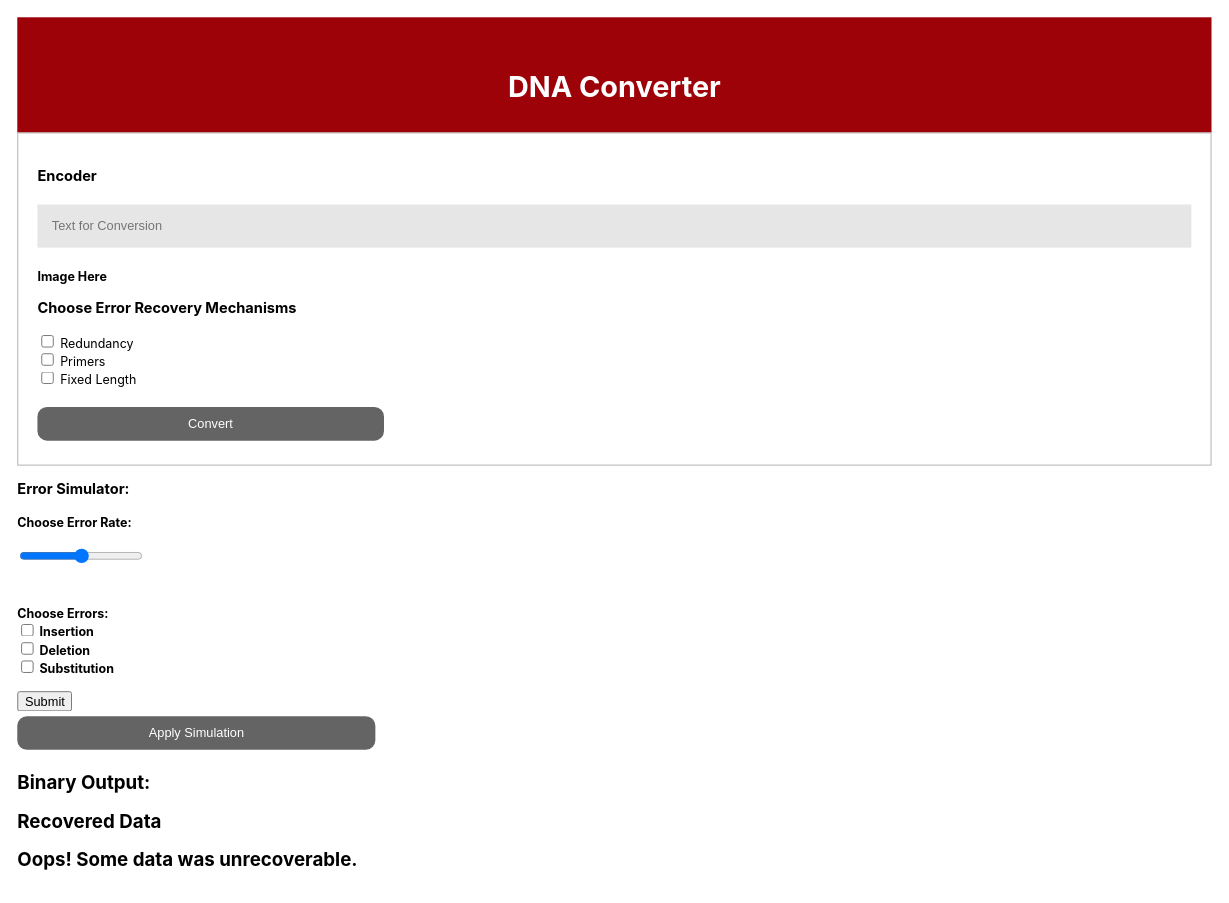
Repository: komalharjani/MSc-Thesis-DNA-Storage
Page: index.html
These files come from the project's save history. The page is drawn as it stood at one moment and after the next save; the edit follows.
The browser window is 1280 px wide. The pictures show the whole page, at 96% of full size.

Above is the page before, as saved 2020-08-16 22:09:02.

### index.html
<!DOCTYPE html>
<html lang="en">

<head>
    <link href="index.css" rel="stylesheet">
    <meta charset="UTF-8">
    <meta name="viewport" content="width=device-width, initial-scale=1.0">
    <title>Document</title>
</head>

<body>
    <div id="LoginPage">
        <div class="header"><br>
            <h2> DNA Converter </h2>
        </div>

        <div class="loginContainer">
            <h3>Encoder</h3>
            <input type="text" placeholder="Text for Conversion" id="textToConvert" required class="input">
            <label for="text"><b>Image Here</b></label>
            <h3>Choose Error Recovery Mechanisms</h3>
            <form>
                <input type="checkbox" id="vehicle1" name="vehicle1" value="Bike">
                <label for="vehicle1"> Redundancy </label><br>
                <input type="checkbox" id="vehicle2" name="vehicle2" value="Car">
                <label for="vehicle2"> Primers </label><br>
                <input type="checkbox" id="vehicle3" name="vehicle3" value="Boat">
                <label for="vehicle3"> Fixed Length</label><br><br>
            </form>
            <button onclick="onSubmit()" id="submit">Convert</button>
        </div>
            <h3>Error Simulator:</h3>
            <h4>Choose Error Rate:</h4>
            <input type="range" name="rangeInput" min="0" max="10" onchange="updateTextInput(this.value);">
            <input type="number" id="textInput" value="" class="range" max="10"><br>
            <h4>Choose Errors:</h4<br>
            <form>
                <input type="checkbox" id="vehicle1" name="vehicle1" value="Bike">
                <label for="vehicle1"> Insertion </label><br>
                <input type="checkbox" id="vehicle2" name="vehicle2" value="Car">
                <label for="vehicle2"> Deletion </label><br>
                <input type="checkbox" id="vehicle3" name="vehicle3" value="Boat">
                <label for="vehicle3"> Substitution </label><br><br>
                <input type="submit" value="Submit">
            </form>
            <button onclick="" id="error">Apply Simulation</button><br>
            <!--Take Error Rate from On Submit-->
            <h2>Binary Output:</h2>
            <h2>Recovered Data</h2>
            <h2>Oops! Some data was unrecoverable. </h2>
        </div>
    </div>

</body>
<script src="index.js"></script>

</html>

### index.css
body {
    background-color:white;
    resize: both;
    overflow: auto;
}

.labelText {
  width: 100%;
  padding: 15px;
  margin: 5px 0 22px 0;
  display: inline-block;
  border: none;
  background: #cacaca;
}

.search {
  width: 30%;
  padding: 15px;
  margin: 5px 0 22px 0;
  display: inline-block;
  border: none;
  background: #e6e6e6;
}

.runBtn {
  background-color: #000000;
  border: 1px solid #ffffff;
  color: rgb(255, 255, 255);
  padding: 14px 20px;
  margin-top: 5px;
  margin-bottom: 5px;
  margin-right: 2px;
  margin-left: 0;
  border: none;
  cursor: pointer;
  width: 100%;
  opacity: 0.9;
  font-size: 15px;
}

#map{
  height: 400px;
  width: 100%;
}

#profile {
  border-radius: 50%;
}

.profile {
    padding: 10px;
    text-align: center;
    height: auto;
}

/* Full-width input fields */
.input {
  width: 100%;
  padding: 15px;
  margin: 5px 0 22px 0;
  display: inline-block;
  border: none;
  background: #e6e6e6;
}

.range {
  margin: 5px 0 22px 0;
  display: inline-block;
  border: none;
  text-align: right;
}

li {
  width: 100%;
  padding: 15px;
  margin: 5px 0 22px 0;
  display: inline-block;
  border: none;
  background: #cacaca;
}

ul {
  padding: 0;
}


/* Add a background color when the inputs get focus */
input[type=text]:focus, input[type=password]:focus {
  background-color: rgb(184, 184, 184);
  outline: none;
}

/* button {
  background-color: #000000;
  color: rgb(255, 255, 255);
  padding: 14px 20px;
  margin: 8px;
  border: none;
  cursor: pointer;
  width: 30%;
  opacity: 0.9;
  border-radius: 20px;
} */

.loginContainer {
  width: 100%;
  float: center;
  padding: 20px;
  border: 0.5px solid #afafaf;
  height: auto;

}

/* Set a style for all buttons */
.button {
  background-color: #000000;
  color: rgb(255, 255, 255);
  padding: 10px;
  width: 100%;
  border: none;
  border-radius: 10px;
}

button {
  background-color: rgb(100, 100, 100);
  color: rgb(255, 255, 255);
  padding: 10px;
  width: 30%;
  margin-top: 5px;
  margin-bottom: 5px;
  margin-right: 2px;
  margin-left: 0;
  border: none;
  border-radius: 10px;
}

button:hover {
  opacity: 0.8;
}

/* Extra styles for the cancel button */
.cancelbtn {
  padding: 14px 20px;
  background-color: whitesmoke;
}

/* Float cancel and signup buttons and add an equal width */
.cancelbtn, .signupbtn {
  float: right;
  width: 100%;
}


/* Style the horizontal ruler */
hr {
  border: 1px solid #f1f1f1;
  margin-bottom: 25px;
}

/* Change styles for cancel button and signup button on extra small screens */
@media screen and (max-width: 300px) {
  .cancelbtn, .signupbtn {
     width: 100%;
  }
}
/* OLD BELOW!!!!! */

* {
    box-sizing: border-box;
  }

  /* Add a gray background color with some padding */
  body {
    font-family: -apple-system, BlinkMacSystemFont, 'Segoe UI', Roboto, Oxygen, Ubuntu, Cantarell, 'Open Sans', 'Helvetica Neue', sans-serif;
    padding: 10px;
    background: #ffffff;
    font-size: 13px;
  }
  table {
    font-family: arial, sans-serif;
    border-collapse: collapse;
    width: 100%;
  }

  td, th {
    border: 1px solid #dddddd;
    text-align: left;
    padding: 8px;
  }

  tr:nth-child(even) {
    background-color: #dddddd;
  }
  /* Header Title */
  .header {
    padding: 5px;
    font-size: 20px;
    text-align: center;
    background: #9d0208;
    color: white;
  }

  .login {
    width:300px;
    height:500px;
    position: fixed;
    top: 50%;
    left: 50%;
    margin-top: -125px;
    margin-left: -150px;
  }

  /* Split Screen into Columns */

  .rightcolumn {
    float: right;
    width: 50%;
    padding: 10px;
  }

  .leftcolumn {
    float: left;
    width: 20%;
    padding: 10px;
    background-color: rgb(255, 255, 255);
  }

  .left {
    float: right;
    width: 50%;
    background-color: rgb(255, 255, 255);
  }

  .right {
    float: right;
    width: 50%;
    background-color: rgb(255, 255, 255);
  }

  .centercolumn {
    float: left;
    width: 80%;
    padding: 10px;
    background-color: rgb(255, 255, 255);
  }

  .title {
    color: grey;
    font-size: 18px;
  }

  .rightcolumn {
    float: left;
    width: 30%;
    padding: 10px;
    background-color: rgb(255, 255, 255);
  }

  .box {
    background-color: rgb(255, 255, 255);
    width: 100%;
    padding: 15px;
  }


  .card {
     background-color: whitesmoke;
     padding: 15px;
  }

  .row:after {
    content: "";
    display: table;
    clear: both;
  }

  /* Footer */
  .footer {
    padding: 20px;
    text-align: center;
    background: #ddd;
    margin-top: 20px;
  }

  /* Responsive layout - when the screen is less than 800px wide, make the two columns stack on top of each other instead of next to each other */
  @media screen and (max-width: 800px) {
    .leftcolumn, .rightcolumn {
      width: 100%;
      padding: 0;
    }
  }

  tr:nth-child(even) {
    background-color: #3b37377c;
  }

  button:hover {
    opacity:1;
  }

  /* Extra styles for the cancel button */
  .cancelbtn {
    padding: 14px 20px;
    background-color: #000000;
  }

  /* Float cancel and signup buttons and add an equal width */
  .cancelbtn, .signupbtn {
    float: right;
    width: 100%;
  }

  .containerForm {
    width: 50%;
    float: left;
    padding: 10px;
    background-color: rgb(255, 255, 255);
  }

  /* Add padding to container elements */
  .container {
    width: 100%;
    float: left;
    padding: 10px;
    background-color: rgb(255, 255, 255);
  }

  #result {
    color: red;
  }

  .submitComment {
    background-color: white;
    color: black;
    border: 1px solid #888;
    width: 100%;
    float: right;
  }

  .submitComment :hover {
    background-color: rgb(138, 138, 138);
  }

  .readMore {
    background-color: rgb(216, 216, 216);;
    color: black;
    width: 40%;
    margin: 5px;
  }

  .logoutBtn {
    color: white;
    background-color: #9d0208 ;
    border: 1px solid rgb(255, 255, 255);
    margin: 10px;
  }

  .logoutBtn:hover {
    opacity: 0.7;
  }

  .register {
    color: black;
    background-color: white ;
    border: 1px solid rgb(255, 255, 255);
    margin: 10px;
    opacity: 0.8;
  }

  .register:hover {
    opacity: 1;
  }

  .runPostsStyle {
    background-color: rgb(255, 255, 255);
    padding: 20px;
    border-radius: 10px;
    margin-top: 20px;
    width: 100%;
    overflow: hidden;
    border: 1px solid rgb(0, 0, 0);
    columns: 2;
  }



  .commentPost {
    background-color: whitesmoke;
    padding: 20px;
    border-radius: 10px;
    margin-top: 20px;
    width: 100%;
    overflow: hidden;
  }

  .mapStyle {
    background-color: rgb(94, 0, 0);
    border-radius: 10px;
    width: 40%;
    height: 100px;
    border:solid black;
  }

  /* The Modal (background) */
  .modal {
    display: none; /* Hidden by default */
    position: fixed; /* Stay in place */
    left: 0;
    top: 0;
    width: 100%; /* Full width */
    height: 100%; /* Full height */
    overflow: auto; /* Enable scroll if needed */
    background-color:rgb(255, 255, 255);
    padding: 20px;
  }

  /* Modal Content/Box */
  .modal-content {
    background-color: #ffffff;
    margin: 5% auto 15% auto; /* 5% from the top, 15% from the bottom and centered */
    border: 1px solid #888;
    width: 80%; /* Could be more or less, depending on screen size */
  }

  .postTitle {
    font-size: 20px;
    font-weight: bold;
    color: #9d0208;
  }

  .dateDisplay {
    font-size: 20px;
    font-weight: bold;
  }

  .toFrom {
    font-size: 14px;
    font-weight: bold;
  }

  /* Style the horizontal ruler */
  hr {
    border: 1px solid #f1f1f1;
    margin-bottom: 25px;
  }

  /* The Close Button (x) */
  .close {
    position: absolute;
    right: 35px;
    top: 15px;
    font-size: 40px;
    font-weight: bold;
    color: #000000;
  }

  .close:hover,
  .close:focus {
    color: #ff8484;
    cursor: pointer;
  }

  /* Clear floats */
  .clearfix::after {
    content: "";
    clear: both;
    display: table;
  }

  /* Change styles for cancel button and signup button on extra small screens */
  @media screen and (max-width: 300px) {
    .cancelbtn, .signupbtn {
       width: 100%;
    }
  }

  .dropbtn {
    background-color: #E6E6E6;
    color: rgb(85, 85, 85);
    padding: 16px;
    font-size: 16px;
    border: none;
    width: 100px;
    cursor: pointer;
  }

  .dropbtn:hover, .dropbtn:focus {
    background-color: rgb(187, 187, 187);
  }

  .dropdown {
    position: relative;
    display: inline-block;
  }

  .dropdown-content {
    display: none;
    position: absolute;
    background-color: #f1f1f1;
    min-width: 160px;
    overflow: auto;
    box-shadow: 0px 8px 16px 0px rgba(0,0,0,0.2);
    z-index: 1;
  }

  .dropdown-content a {
    color: black;
    padding: 12px 16px;
    text-decoration: none;
    display: block;
  }

  .dropdown a:hover {background-color: #ddd;}

  .show {display: block;}

### index.js
let text = "Lorem Ipsum is simply dummy text of the printing and typesetting industry. Lorem Ipsum has been the industry's standard dummy text ever since the 1500s, when an unknown printer took a galley of type and scrambled it to make a type specimen book. It has survived not only five centuries, but also the leap into electronic typesetting, remaining essentially unchanged. It was popularised in the 1960s with the release of Letraset sheets containing Lorem Ipsum passages, and more recently with desktop publishing software like Aldus PageMaker including versions of Lorem Ipsum. Lorem Ipsum is simply dummy text of the printing and typesetting industry. Lorem Ipsum has been the industry's standard dummy text ever since the 1500s, when an unknown printer took a galley of type and scrambled it to make a type specimen book. It has survived not only five centuries, but also the leap into electronic typesetting, remaining essentially unchanged. It was popularised in the 1960s with the release of Letraset sheets containing Lorem Ipsum passages, and more recently with desktop publishing software like Aldus PageMaker including versions of Lorem Ipsum. Lorem Ipsum is simply dummy text of the printing and typesetting industry. Lorem Ipsum has been the industry's standard dummy text ever since the 1500s, when an unknown printer took a galley of type and scrambled it to make a type specimen book. It has survived not only five centuries, but also the leap into electronic typesetting, remaining essentially unchanged. It was popularised in the 1960s with the release of Letraset sheets containing Lorem Ipsum passages, and more recently with desktop publishing software like Aldus PageMaker including versions of Lorem Ipsum. Lorem Ipsum is simply dummy text of the printing and typesetting industry. Lorem Ipsum has been the industry's standard dummy text ever since the 1500s, when an unknown printer took a galley of type and scrambled it to make a type specimen book. It has survived not only five centuries, but also the leap into electronic typesetting, remaining essentially unchanged. It was popularised in the 1960s with the release of Letraset sheets containing Lorem Ipsum passages, and more recently with desktop publishing software like Aldus PageMaker including versions of Lorem Ipsum.";
console.log(text.length);
let noErrors = 4;
let binOutput;

/**
 * Called when convert is started
 */
function onSubmit() {

    //Add Length
    let input = addLength();
    binOutput = textToBinary(input);
    //binOutput = textToBinary(text);

    //ADDING ENCODING INFORMATION
    let dnaStringOutput = binaryToDNA(binOutput);

    //add Primers
    let addedPrimers = addPrimers(dnaStringOutput);

    //Add Redundancy and Complement
    let cloneOne = addedPrimers.slice();
    let cloneTwo = addedPrimers.slice();
    let comp = addComplement(addedPrimers); //or dnaString Output
    //let cloneOne = dnaStringOutput.slice();
    //let cloneTwo = dnaStringOutput.slice();
    //let comp = addComplement(dnaStringOutput);
    //let reverse = cloneTwo.reverse();

    //Add Blocks
    let blocks = addBlocks(addPrimers);
    //errorSimulator(blocks);

    //ERROR SIMULATOR
    let cloneError = errorSimulator(cloneOne);
    let cloneTwoError = errorSimulator(cloneTwo);
    let dnaStringError = errorSimulator(addedPrimers);
    console.log(dnaStringError);
    let errorComp = errorSimulator(comp);

    // let rem = removePrimers(errorDNA);
    // let extractedLength = getLength(removePrimers); //call getLength from here
    // errorCorrectLength(extractedLength);

    //Call Error Correcting for Redundant
    let errorCorrection = errorCorrectRedundant(cloneError, dnaStringError, cloneTwoError);
    let errorCorrectionResult = dnaToBinary(errorCorrection);
    let convertedOutput = removePrimers(errorCorrectionResult);
    let decoded = decode(convertedOutput);
    binaryToText(decoded);
}

function imageToBinary(img) {
        var binArray = []
        var datEncode = "";

        for (i=0; i < data.length; i++) {
            binArray.push(data[i].charCodeAt(0).toString(2));
        }
        for (j=0; j < binArray.length; j++) {
            var pad = padding_left(binArray[j], '0', 8);
            datEncode += pad + ' ';
        }
        function padding_left(s, c, n) { if (! s || ! c || s.length >= n) {
            return s;
        }
        var max = (n - s.length)/c.length;
        for (var i = 0; i < max; i++) {
            s = c + s; } return s;
        }
        console.log(binArray);
}

/**
 * Converting User Inputted Text into Binary using ASCII Table
 * @param {*} text
 */
function textToBinary(text) {
    var length = text.length,
        output = [];
    for (var i = 0; i < length; i++) {
        var bin = text[i].charCodeAt().toString(2);
        output.push(Array(8 - bin.length + 1).join("0") + bin);
    }
    return output.join("");
}

/**
 * Converting Binary Output to DNA by Mapping 2 bits to A, G, C or T.
 * Mapping: A = 00, G = 01, C = 10, T = 11
 * @param {*} binOutput
 */
function binaryToDNA(binOutput) {
    // console.log(binOutput.length);
    let dnaArray = [];
    var twoBitsArray = []; //Array to hold binary elements, each element containing 2 bits
    var i = 0;
    var n = binOutput.length;

    while (i < n) {
        twoBitsArray.push(binOutput.slice(i, i += 2));
    }
    console.log(twoBitsArray);

    for (let i = 0; i < twoBitsArray.length; i++) {
        if (twoBitsArray[i] == "00") {
            dnaArray.push("A");
        }
        else if (twoBitsArray[i] == "01") {
            dnaArray.push("G");
        }
        else if (twoBitsArray[i] == "10") {
            dnaArray.push("C");
        }
        else if (twoBitsArray[i] == "11") {
            dnaArray.push("T");
        }
    }
    return dnaArray;
}

/**
 * Control 1: Remove Homopolymers and 'GC' repeats
 */
function removeHomopolymers() {

}

/**
 * Add a Payload
 * @param {*} dnaArray
 */
function addPrimers(dnaArray) {
    let stringed = dnaArray.join("");
    let primer = "AAAAA"; //Add Primer of 5 A's
    let dnaString = primer + stringed + primer;
    let textLength, dnaLength, binaryLength;
    return dnaString;
}

/**
 *
 */
function addLength() {
    let padding = "00000000";
    let textLength = text.length;
    let noNums = textLength.toString().length;
    let zeros = 8 - noNums;
    let zerosPadding = padding.slice(0, zeros);
    let final = zerosPadding + textLength;
    console.log(final);
    //length of DNA == 32 CHARACTERS AT THE END
    text = text + final;
    return text;
}

/**
 *
 */
function addBlocks() {

}


/**
 * Generate Complement of DNA String to be stored
 */
function addComplement(dnaArray) {

    let complement = [];
    for (let i = 0; i < dnaArray.length; i++) {
        if (dnaArray[i] == "A") {
            complement.push("T");
        }
        if (dnaArray[i] == "T") {
            complement.push("A");
        }
        if (dnaArray[i] == "C") {
            complement.push("G");
        }
        if (dnaArray[i] == "G") {
            complement.push("C");
        }
    }
    let comp = complement.join("");
    return comp;
}

/**
 * Error Simulator to delete random information
 * Attempting to mimic sequencing and synthesis errors in practice
 * @param {*} dnaString
 */
function errorSimulator(dnaString) { //does this have to deal with a string?
    let errorRate = Math.round(dnaString.length * noErrors / 1000); //error rate user input
    dnaArray = dnaString.split("");
    console.log(dnaArray);
    let min = 0; //change if errors should be concentrated at end
    for (let i = 0; i < errorRate; i++) { //for error rate
        let randomIndex = (Math.floor(Math.random() * dnaArray.length - min + 1) + min) + 1; //generate random index
        console.log(randomIndex);
        //min = randomIndex; //set minimum for sequential errors
        console.log(dnaArray[randomIndex + 1]);
        dnaArray.splice(randomIndex, 1); //remove element from string here
    }
    return dnaArray;
}

/**
 *
 * @param {*} dnaString
 */
function errorCorrectRedundant(cloneOne, errorDNA, cloneTwo,len) {

    let temp = [];
    let missing = [];

    let majority;

    let getLenClone = errorDNA.slice();
    let errorCorrectionResult = dnaToBinary(getLenClone);
    let convertedOutput = removePrimers(errorCorrectionResult);
    let decoded = decode(convertedOutput);
    binaryToText(decoded);
    let extractedLength = getLength(errorCorrectionResult); //call getLength from here
    console.log(extractedLength);
    console.log(getLenClone.length);

    let noErrors = (extractedLength - getLenClone.length) * 3;
    console.log(noErrors);


    while (noErrors > 0) {
        //Identifies the index of where the error has occured
        for (let j = 0; j < errorDNA.length; j++) {
            if (errorDNA[j] === cloneOne[j] && errorDNA[j] === cloneTwo[j]) {
                temp.push(errorDNA[j]);
            }
            else {
                missing.push({
                    original: errorDNA[j],
                    cloneOne: cloneOne[j],
                    cloneTwo: cloneTwo[j]
                })
                break;
            }
        }

        let indexToInsert = temp.length;
        //correct in missing

        for (let i = 0; i < missing.length; i++) {
            if (missing[i].original === missing[i].cloneOne) {
                majority = missing[i].original;
                cloneTwo.splice(indexToInsert, 0, majority);
                //return errorDNA, cloneOne, cloneTwo;
                //dnaToBinary(cloneTwo);
            }
            else if (missing[i].original === missing[i].cloneTwo) {
                majority = missing[i].original;
                cloneOne.splice(indexToInsert, 0, majority);
                //return errorDNA, cloneOne, cloneTwo;
                //dnaToBinary(cloneOne);
            }
            else if (missing[i].cloneTwo === missing[i].cloneOne) {
                majority = missing[i].cloneTwo;
                errorDNA.splice(indexToInsert, 0, majority);
                //return errorDNA, cloneOne, cloneTwo;
                //dnaToBinary(errorDNA);
            }
        }
        missing = [];
        temp = [];
        majority = "";
        noErrors--;
    }
    return errorDNA;

}


//Get Length of Binary --> must decode to get length
//decode original string
//remove primers
//call getLength
function getLength(decodedResult) {
    //decodedResult.splice(-5, 5); //remove primer from en
    let removeNum = decodedResult.length - 32;
    decodedResult.splice(0, removeNum);
    let extractedLength = decode(decodedResult);
    let finalNum = binaryToText(extractedLength);
    let num = finalNum.replace(/^0+/, '');
    let dnaLength = (num * 4) + 42;
    console.log(dnaLength);
    return dnaLength;
}

// function errorCorrectLength(len) {
//     let dnaLength = (len * 4) + 42;
//     console.log(dnaLength);
// }

/**
 * Convert error corrected string back to binary
 * @param {*} dnaString
 */
function dnaToBinary(dnaString) {
    let decodedResult = [];

    for (let i = 0; i < dnaString.length; i++) {
        if (dnaString[i] == "A") {
            decodedResult.push("00");
        }
        if (dnaString[i] == "G") {
            decodedResult.push("01");
        }
        if (dnaString[i] == "C") {
            decodedResult.push("10");
        }
        if (dnaString[i] == "T") {
            decodedResult.push("11");
        }
    }
    console.log(decodedResult);
    return decodedResult;
}


function removePrimers(convertedOutput) {
    //check if all A's and then splice
    convertedOutput.splice(0, 5); //remove primer from beginning
    convertedOutput.splice(-5, 5); //remove primer from end
    return convertedOutput;

}

function decode(convertedOutput) {
    let conv = convertedOutput.join("");
    // console.log(conv);

    let temp = [];
    var i = 0;
    var n = conv.length;

    while (i < n) {
        temp.push(conv.slice(i, i += 8));
    }

    // console.log(temp);
    temp = temp.join(" ");
    return temp;
}


/**
 * Map Binary back to text using ASCII character codes
 * @param {*} str
 */
function binaryToText(str) {
    // console.log(str);
    var binString = '';
    str.split(' ').map(function (bin) {
        binString += String.fromCharCode(parseInt(bin, 2));
    });
    console.log(binString);
    return binString;
}

After the next save:
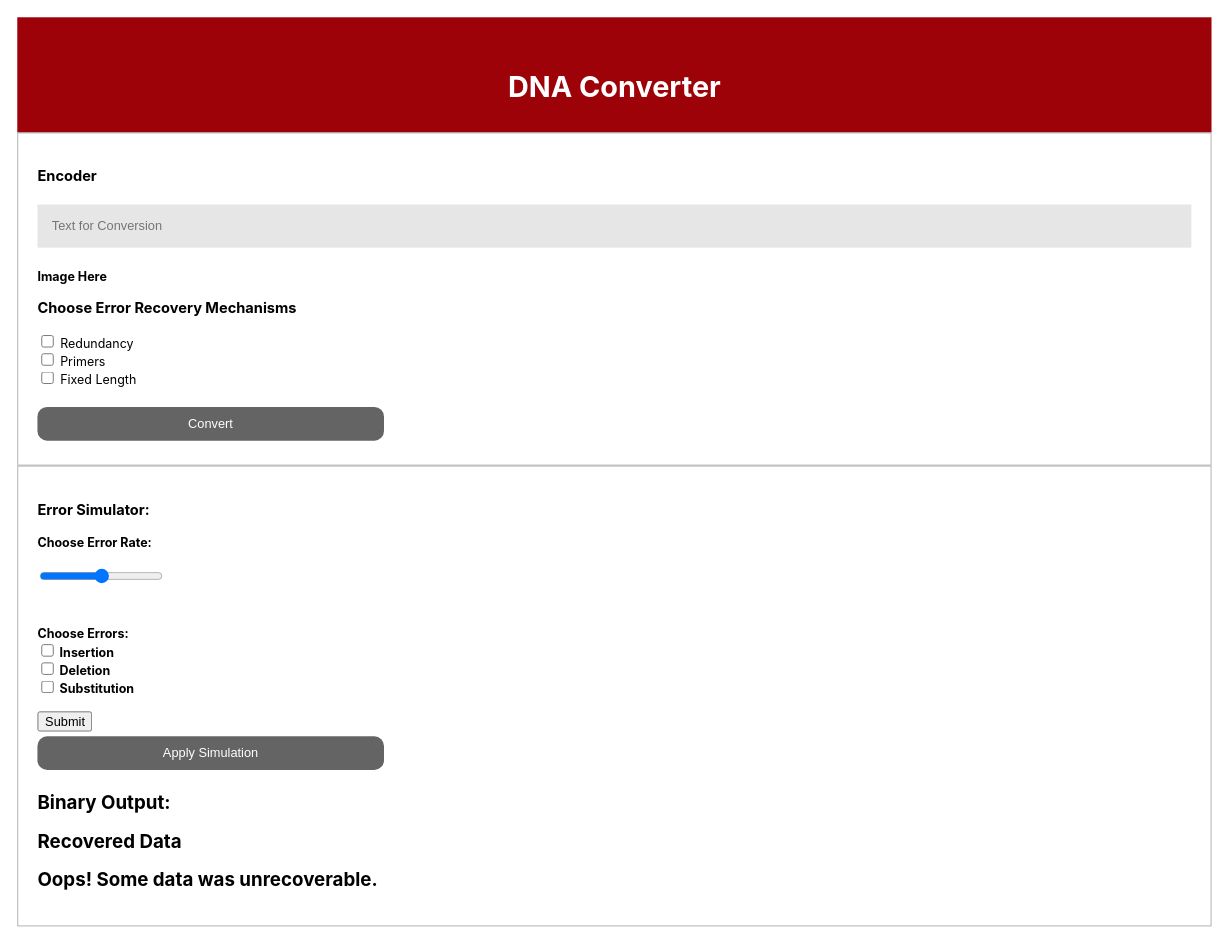
Saved 11 s later.
--- a/index.html
+++ b/index.html
@@ -29,6 +29,8 @@
             </form>
             <button onclick="onSubmit()" id="submit">Convert</button>
         </div>
+        <div class="loginContainer">
+
             <h3>Error Simulator:</h3>
             <h4>Choose Error Rate:</h4>
             <input type="range" name="rangeInput" min="0" max="10" onchange="updateTextInput(this.value);">
